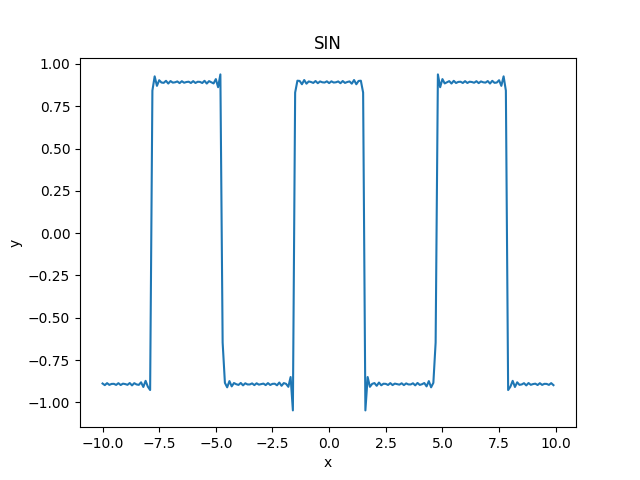
Repository: eieioF11/Python
Script's output: python project/python_sample/Fourier.py
These files come from the project's save history. The script's output is drawn as it stood at one moment and after the next save; the edit follows.
Random numbers start from a fixed seed.

Above is the script's output before, as saved 2020-05-22 15:41:50.

After the next save:
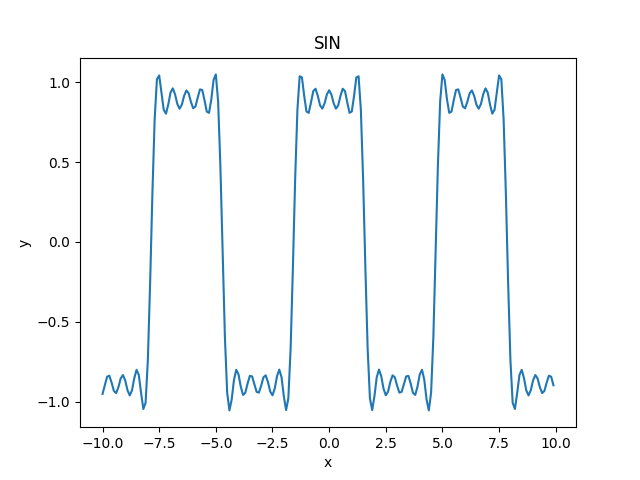
Saved 13 s later.
--- a/project/python_sample/Fourier.py
+++ b/project/python_sample/Fourier.py
@@ -3,7 +3,7 @@ import matplotlib.pyplot as plt
 
 #x = np.arange(-10, 10, 0.1)  # x座標を-10 から 10 まで 0.1 きざみで取得
 def F(t):
-    k=100
+    k=10
     y=0
     for n in range(1,k,1):
         y+=(1/n)*np.sin(np.pi*n/2)*np.cos(n*t)
